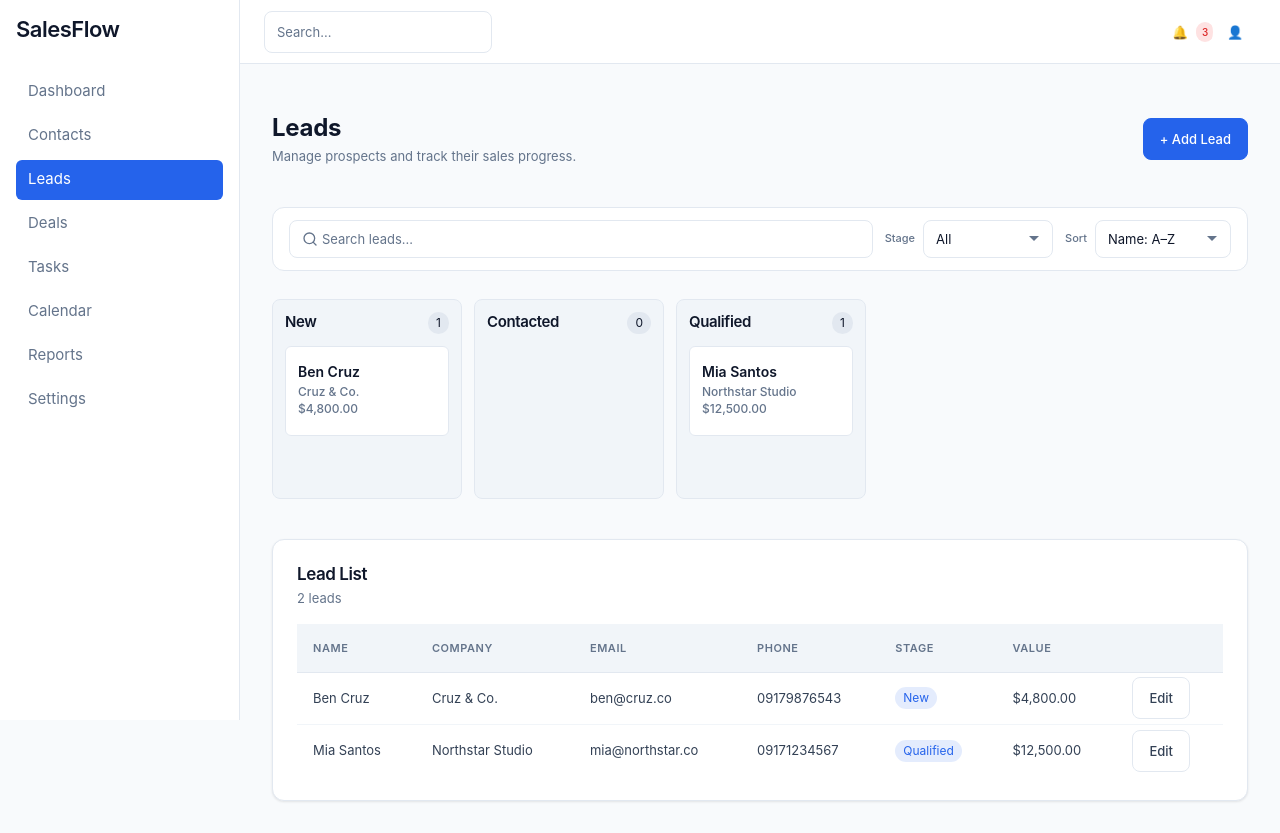
Repository: lawrencegonzaga-dev/salesflow-crm
Page: /leads
These files come from the project's save history. The page is drawn as it stood at one moment and after the next save; the edit follows.
The browser window is 1280 px wide. The pictures show the whole page.
The project was rebuilt for these pictures with package versions that can differ from the ones it lists, and the page was loaded fresh each time. Also part of the build but not shown: vite.config.js, src/components/StatCard.jsx, src/components/DashboardLeads.jsx, src/components/DashboardDeals.jsx, src/components/DashboardTasks.jsx, src/components/RecentActivity.jsx, src/pages/Dashboard.jsx, src/components/ContactForm.jsx and 22 more.

Above is the page before, as saved 2026-08-18 21:52:32.

### index.html
<!doctype html>
<html lang="en">
  <head>
    <meta charset="UTF-8" />
    <link rel="icon" type="image/svg+xml" href="/favicon.svg" />
    <meta name="viewport" content="width=device-width, initial-scale=1.0" />
    <title>salesflow-crm</title>
  </head>
  <body>
    <div id="root"></div>
    <script type="module" src="/src/main.jsx"></script>
  </body>
</html>

### src/main.jsx
/* ========================================================= */
/* FILE: src/main.jsx */
/* ========================================================= */

import { StrictMode } from 'react';
import { createRoot } from 'react-dom/client';

import "./styles/main.css";
import App from './App.jsx';
import { CRMProvider } from "./context/CRMContext.jsx";

createRoot(document.getElementById('root')).render(
    <StrictMode>
        <CRMProvider>
            <App />
        </CRMProvider>
    </StrictMode>,
);

### src/styles/main.css
@import "./reset.css";
@import "./variables.css";
@import "./base.css";
@import "./layout.css";
@import "./utilities.css";

@import "./components/sidebar.css";
@import "./components/header.css";
@import "./components/toolbar.css";
@import "./components/button.css";
@import "./components/form.css";
@import "./components/card.css";
@import "./components/badge.css";
@import "./components/table.css";
@import "./components/modal.css";
@import "./components/kanban.css";
@import "./components/calendar.css";
@import "./components/leads.css";
@import "./components/tab.css";
@import "./components/pagination.css";
@import "./crm.css";

/* main.css */

### src/App.jsx
/* ========================================================= */
/* FILE: src/App.jsx */
/* ========================================================= */

import { BrowserRouter, Routes, Route } from "react-router-dom";

import Dashboard from "./pages/Dashboard";
import Contacts from "./pages/Contacts";
import Leads from "./pages/Leads";
import Deals from "./pages/Deals";
import Tasks from "./pages/Tasks";
import Calendar from "./pages/Calendar";
import Reports from "./pages/Reports";
import Settings from "./pages/Settings";
import AppLayout from "./layouts/AppLayout";

function App() {
    return (
        <BrowserRouter>
            <Routes>
                <Route element={<AppLayout />}>
                    <Route path="/" element={<Dashboard />} />
                    <Route path="/dashboard" element={<Dashboard />} />
                    <Route path="/contacts" element={<Contacts />} />
                    <Route path="/leads" element={<Leads />} />
                    <Route path="/deals" element={<Deals />} />
                    <Route path="/tasks" element={<Tasks />} />
                    <Route path="/calendar" element={<Calendar />} />
                    <Route path="/reports" element={<Reports />} />
                    <Route path="/settings" element={<Settings />} />
                </Route>
            </Routes>
        </BrowserRouter>
    );
}

export default App;

### src/styles/reset.css
*,
*::before,
*::after {
  box-sizing: border-box;
}

html {
  -webkit-text-size-adjust: 100%;
}

body {
  margin: 0;
  background: var(--color-page);
  color: var(--color-text);
  font-family: var(--font-family);
  font-size: 16px;
  line-height: 1.5;

  -webkit-font-smoothing: antialiased;
  text-rendering: optimizeLegibility;
}

#root {
  min-height: 100vh;
}

h1, h2, h3, h4, h5, h6, p {
  margin: 0;
}

img, svg, video {
  display: block;
  max-width: 100%;
}

a {
  color: inherit;
}

### src/styles/utilities.css
.container {
  width: min(100%, var(--content-max-width));
  margin-inline: auto;
}

.visually-hidden {
  position: absolute;
  width: 1px;
  height: 1px;
  padding: 0;
  margin: -1px;
  overflow: hidden;
  clip: rect(0, 0, 0, 0);
  white-space: nowrap;
  border: 0;
}

### src/styles/components/sidebar.css
.app-sidebar {
  width: var(--sidebar-width);
  height: 100vh;

  padding: var(--sidebar-padding);

  display: flex;
  flex-direction: column;

  background: var(--color-surface);
  border-right: 1px solid var(--color-border);
  color: var(--color-text);
}

.app-sidebar h2 {
  margin: 0 0 28px;
  font-size: 22px;
  letter-spacing: -.5px;
}

.sidebar-nav {
  display: flex;
  flex-direction: column;
  gap: 4px;

  overflow-y: auto;
}

.sidebar-nav_item {
  min-height: var(--nav-item-height);

  display: flex;
  align-items: center;

  padding: var(--nav-item-padding);
  gap: var(--nav-item-gap);

  color: var(--color-text-muted);
  text-decoration: none;
  border-radius: var(--radius-sm);

  transition: background var(--transition-fast), color var(--transition-fast);
}

.sidebar-nav_item:hover {
  background: var(--color-surface-muted);
  color: var(--color-text);
}

.sidebar-nav_item.active {
  background: var(--color-action);
  color: white;
}

### src/styles/components/header.css
.app-header {
  height: var(--header-height);

  display: flex;
  align-items: center;
  justify-content: space-between;

  padding: var(--header-padding);

  background: var(--color-surface);
  border-bottom: 1px solid var(--color-border);
  color: var(--color-text);
}

.app-header_left,
.app-header_right {
  display: flex;
  align-items: center;
  gap: var(--header-item-gap);
}

.menu-button {
  display: none;
}

@media (max-width: 768px) {
  .app-header {
    padding: 0 16px;
  }

  .app-header_right {
    display: none;
  }

  .menu-button {
    display: inline-grid;
    width: 40px;
    height: 40px;
    place-items: center;
    padding: 0;
    font-size: 20px;
    border-radius: var(--radius-sm);
  }
}
/* header.css */

### src/styles/components/toolbar.css
/* ========================================================= */
/* FILE: src/styles/components/toolbar.css */
/* ========================================================= */

.toolbar {
  display: flex;
  flex-wrap: wrap;
  align-items: center;
  gap: var(--space-3);
  padding: var(--space-3) var(--space-4);
  background: var(--color-surface);
  border: 1px solid var(--color-border);
  border-radius: var(--radius-lg);
}

.toolbar .search-field {
  flex: 1 1 260px;
  min-width: 160px;
}

.toolbar .search-field input {
  min-height: 38px;
  height: 38px;
  padding-left: var(--space-8);
  background-image: url("data:[embedded picture, 278 characters]");
  background-repeat: no-repeat;
  background-position: var(--space-3) center;
  background-size: 16px;
}

.toolbar .filter-group {
  display: flex;
  align-items: center;
  gap: var(--space-2);
}

.toolbar .filter-group label {
  font-size: var(--text-xs);
  font-weight: var(--font-weight-medium);
  color: var(--color-text-muted);
  white-space: nowrap;
}

.toolbar select {
  min-height: 38px;
  height: 38px;
  min-width: 130px;
}

/* ================================
   TOOLBAR VARIANTS
   ================================ */

.toolbar--compact {
  padding: var(--space-2) var(--space-3);
  gap: var(--space-2);
}

.toolbar--compact select {
  min-height: 34px;
  height: 34px;
  min-width: 110px;
  font-size: var(--text-xs);
}

.toolbar--compact .search-field input {
  min-height: 34px;
  height: 34px;
  font-size: var(--text-xs);
}

/* ================================
   PAGE TOOLBAR
   ================================ */

.page-toolbar {
  display: flex;
  align-items: center;
  justify-content: space-between;
  gap: var(--space-4);
  flex-wrap: wrap;
}

.page-toolbar-left,
.page-toolbar-right {
  display: flex;
  align-items: center;
  gap: var(--space-3);
  flex-wrap: wrap;
}

/* ================================
   RESPONSIVE
   ================================ */

@media (max-width: 768px) {
  .toolbar {
    flex-direction: column;
    align-items: stretch;
  }

  .toolbar .search-field {
    flex: 1 1 auto;
    min-width: auto;
  }

  .toolbar .filter-group {
    flex-wrap: wrap;
  }

  .toolbar select {
    flex: 1 1 auto;
    min-width: auto;
  }

  .page-toolbar {
    flex-direction: column;
    align-items: stretch;
  }

  .page-toolbar-left,
  .page-toolbar-right {
    flex-wrap: wrap;
  }
}

/* toolbar.css */

### src/styles/components/badge.css
/* ========================================================= */
/* FILE: src/styles/components/badge.css */
/* ========================================================= */

.badge {
  display: inline-flex;
  align-items: center;
  gap: var(--space-1);
  min-height: 24px;
  padding: 0 var(--space-2-5);
  font-size: var(--text-xs);
  font-weight: var(--font-weight-medium);
  line-height: 1;
  border-radius: var(--radius-full);
  white-space: nowrap;
  transition: all var(--transition-fast);
}

/* ================================
   BADGE VARIANTS
   ================================ */

.badge--primary {
  color: var(--color-action);
  background: var(--color-action-light);
}

.badge--success {
  color: var(--color-success);
  background: var(--color-success-light);
}

.badge--warning {
  color: var(--color-warning);
  background: var(--color-warning-light);
}

.badge--danger {
  color: var(--color-danger);
  background: var(--color-danger-light);
}

.badge--info {
  color: var(--color-info);
  background: var(--color-info-light);
}

.badge--neutral {
  color: var(--color-text-muted);
  background: var(--color-surface-muted);
}

.badge--dark {
  color: var(--color-text-inverse);
  background: var(--color-text);
}

/* ================================
   BADGE SIZES
   ================================ */

.badge--sm {
  min-height: 20px;
  padding: 0 var(--space-1-5);
  font-size: 10px;
}

.badge--lg {
  min-height: 28px;
  padding: 0 var(--space-3-5);
  font-size: var(--text-sm);
}

/* ================================
   DOT BADGE
   ================================ */

.badge--dot {
  padding-left: var(--space-1-5);
}

.badge--dot::before {
  content: "";
  display: inline-block;
  width: 6px;
  height: 6px;
  border-radius: 50%;
  margin-right: var(--space-1);
}

.badge--primary.badge--dot::before {
  background: var(--color-action);
}

.badge--success.badge--dot::before {
  background: var(--color-success);
}

.badge--warning.badge--dot::before {
  background: var(--color-warning);
}

.badge--danger.badge--dot::before {
  background: var(--color-danger);
}

/* ================================
   BADGE WITH COUNT
   ================================ */

.badge--count {
  min-width: 24px;
  justify-content: center;
  padding: 0 var(--space-1-5);
  border-radius: var(--radius-full);
  font-size: var(--text-xs);
  font-weight: var(--font-weight-bold);
}

/* badge.css */

### src/styles/components/calendar.css
.calendar {
  width: 100%;
  min-width: 700px;
  border: 1px solid var(--color-border);
  border-radius: var(--radius-md);
  overflow: hidden;
}

.calendar_header {
  min-height: 48px;
  display: grid;
  grid-template-columns: repeat(7, 1fr);

  border: 1px solid var(--color-border);
}

.calendar_day-name {
  min-height: 48px;

  display: flex;
  align-items: center;
  justify-content: center;

  padding-inline: 8px;

  font-size: 12px;
  font-weight: 600;
  color: var(--color-text-muted);
}

.calendar_grid {
  display: grid;
  grid-template-columns: repeat(7, 1fr);
}

.calendar_day {
  min-height: 100px;
  padding: 8px;

  border-right: 1px solid var(--color-border);
  border-left: 1px solid var(--color-border);
  border-bottom: 1px solid var(--color-border);

  transition: background var(--transition-fast);
}

.calendar_day:hover {
  background: var(--color-surface-muted);
}

.calendar_date {
  font-size: 14px;
}

.calendar-toolbar {
  display: flex;
  align-items: center;
  justify-content: space-between;
  gap: 16px;
}

.calendar-toolbar__actions {
  display: flex;
  flex-wrap: wrap;
  align-items: center;
  gap: 8px;
}

.calendar-month {
  min-width: 150px;
  text-align: center;
}

.calendar_day--outside {
  background: var(--color-surface-muted);
  color: var(--color-text-muted);
}

.calendar_day--today .calendar_date {
  display: inline-grid;
  width: 24px;
  height: 24px;
  place-items: center;
  color: #fff;
  background: var(--color-action);
  border-radius: 50%;
}

.calendar_day-events {
  display: grid;
  gap: 4px;
  margin-top: 7px;
}

.calendar-event {
  display: flex;
  overflow: hidden;
  align-items: center;
  border-radius: 4px;
  font-size: 11px;
}

.calendar-event__title {
  flex: 1;
  min-width: 0;
  height: auto;
  padding: 3px 5px;
  overflow: hidden;
  text-align: left;
  text-overflow: ellipsis;
  white-space: nowrap;
  border: 0;
  border-radius: 0;
}

.calendar-event__delete {
  min-height: 20px;
  padding: 0 4px;
  border: 0;
  border-radius: 0;
}

.calendar-event__delete:hover {
  color: var(--color-danger);
}

.calendar-event--task {
  background: color-mix(in srgb, var(--color-action) 20%, white);
}

.calendar-event--deal {
  background: color-mix(in srgb, var(--color-success) 20%, white);
}

.calendar-event--event {
  background: color-mix(in srgb, #a855f7 20%, white);
}

@media (max-width: 768px) {
  .calendar-toolbar {
    align-items: flex-start;
    flex-direction: column;
  }

  .calendar {
    overflow-x: auto;
  }
}

### src/styles/components/leads.css
.lead-pipeline {
  display: grid;
  grid-template-columns: repeat(6, minmax(190px, 1fr));
  gap: 12px;
  overflow-x: auto;
  padding: 4px 0 16px;
}

.lead-pipeline__stage {
  min-width: 190px;
  background: var(--color-surface-muted);
  border: 1px solid var(--color-border);
  border-radius: var(--radius-md);
  padding: 12px;
   min-height: 200px;
}

.lead-pipeline__stage header {
  display: flex;
  align-items: center;
  justify-content: space-between;
}

.lead-pipeline__stage h2 {
  font-size: 15px;
  margin: 0;
}

.lead-pipeline__stage header span {
  border-radius: var(--radius-full);
  background: var(--color-border);
  padding: 2px 8px;
  font-size: 12px;
}

.lead-pipeline__items {
  display: grid;
  gap: 8px;
  margin-top: 12px;
}

.lead-pipeline__card {
  display: block;
  width: 100%;
  text-align: left;
  padding: 12px;
  min-height: 90px;
  background: var(--color-surface);
  border: 1px solid var(--color-border);
  border-radius: var(--radius-sm);
  cursor: pointer;
  color: inherit;
  transition: border-color var(--transition-fast);
}

.lead-pipeline__card:hover,
.lead-pipeline__card:focus-visible {
  border-color: var(--color-action);
  outline: none;
}

.lead-pipeline__card h3 {
  margin: 0 0 4px;
  font-size: 14px;
}

.lead-pipeline__card p {
  font-size: 12px;
  margin: 2px 0;
  color: var(--color-text-muted);
}

.lead-table-wrap {
  overflow-x: auto;
}

.lead-table__empty {
  padding: 32px;
  text-align: center;
  color: var(--color-text-muted);
}

.lead-stage {
  display: inline-block;
  border-radius: var(--radius-full);
  background: color-mix(in srgb, var(--color-action) 12%, transparent);
  color: var(--color-action);
  padding: 2px 8px;
  font-size: 12px;
}
/* leads.css */

### src/styles/components/tab.css
.tabs {
    display: flex;
    gap: 24px;
    border-bottom: 1px solid var(--color-border);
    margin-bottom: 24px;
}

.tab {
    position: relative;

    padding: 12px 4px;

    border: 0;
    background: transparent;

    color: var(--color-text-muted);
    font: inherit;
    font-weight: 500;

    cursor: pointer;
}

.tab--active {
    color: var(--color-text);
}

.tab--active::after {
    content: "";

    position: absolute;
    left: 0;
    right: 0;
    bottom: -1px;

    height: 2px;

    background: currentColor;
}

.tab-count {
    margin-left: 8px;
    font-size: 0.875rem;
}

### src/styles/components/pagination.css
.pagination {
    display: flex;
    align-items: center;
    justify-content: space-between;

    padding: 16px 0 0;
    margin-top: 16px;

    border-top: 1px solid var(--color-border);
}

.pagination-pages {
    display: flex;
    gap: 4px;
}

.pagination-page {
    min-width: 36px;
    height: 36px;

    border: 1px solid var(--color-border);
    border-radius: var(--radius-md);

    background: transparent;

    cursor: pointer;
}

.pagination-page--active {
    background: var(--color-primary);
    color: white;
}

.pagination button:disabled {
    opacity: 0.5;
    cursor: not-allowed;
}

### src/layouts/AppLayout.jsx
/* ========================================================= */
/* FILE: src/layouts/AppLayout.jsx */
/* ========================================================= */

import { useState } from "react";
import { Outlet } from "react-router-dom";

import Sidebar from "../components/Sidebar";
import Header from "../components/Header";

function AppLayout() {
    const [isNavigationOpen, setIsNavigationOpen] = useState(false);

    return (
        <div className="app-layout">
            <Sidebar
                isOpen={isNavigationOpen}
                onNavigate={() => setIsNavigationOpen(false)}
            />

            <Header
                isNavigationOpen={isNavigationOpen}
                onMenuToggle={() => setIsNavigationOpen((isOpen) => !isOpen)}
            />

            <main className="app-main">
                <div className="app-main-content">
                    <Outlet />
                </div>
            </main>

            {isNavigationOpen && (
                <button
                    className="navigation-backdrop"
                    type="button"
                    aria-label="Close navigation"
                    onClick={() => setIsNavigationOpen(false)}
                />
            )}
        </div>
    );
}

export default AppLayout;

### src/components/LeadTable.jsx
import LeadRow from "./LeadRow";

function LeadTable({ leads, onDeleteLead, onEditLead }) {
    return <div className="lead-table-wrap"><table className="table"><thead><tr><th>Name</th><th>Company</th><th>Email</th><th>Phone</th><th>Stage</th><th>Value</th><th aria-label="Actions" /></tr></thead><tbody>{leads.length ? leads.map((lead) => <LeadRow key={lead.id} lead={lead} onDeleteLead={onDeleteLead} onEditLead={onEditLead} />) : <tr><td className="lead-table__empty" colSpan="7">No leads match your search or filter.</td></tr>}</tbody></table></div>;
}

export default LeadTable;

### src/components/LeadPipeline.jsx
const stages = ["New", "Contacted", "Qualified"];

function LeadPipeline({ leads, onEditLead }) {
  return (
    <div className="lead-pipeline">
      {stages.map((stage) => {
        const stageLeads = leads.filter((lead) => lead.stage === stage);

        return (
          <section className="lead-pipeline__stage" key={stage}>
            <header>
              <h2>{stage}</h2>
              <span>{stageLeads.length}</span>
            </header>

            <div className="lead-pipeline__items">
              {stageLeads.map((lead) => (
                <button
                  type="button"
                  className="lead-pipeline__card"
                  key={lead.id}
                  onClick={() => onEditLead(lead)}
                  title={`Edit ${lead.name}`}
                >
                  <h3>{lead.name}</h3>
                  <p>{lead.company}</p>
                  <p>
                    {Number(lead.value || 0).toLocaleString(undefined, {
                      style: "currency",
                      currency: "USD",
                    })}
                  </p>
                </button>
              ))}
            </div>
          </section>
        );
      })}
    </div>
  );
}

export default LeadPipeline;

### src/components/Sidebar.jsx
import { NavLink } from "react-router-dom";
import navigation from "../data/navigation";

function Sidebar({ isOpen, onNavigate }) {
    return (
        <aside className={`app-sidebar ${isOpen ? "app-sidebar--open" : ""}`}>
            <h2>SalesFlow</h2>

            <nav className="sidebar-nav">
                {navigation.map((item) => (
                    <NavLink
                        key={item.path}
                        to={item.path}
                        className="sidebar-nav_item"
                        onClick={onNavigate}
                    >
                        {item.label}
                    </NavLink>
                ))}
            </nav>
        </aside>
    );
}

export default Sidebar;

### src/components/Header.jsx
/* ========================================================= */
/* FILE: src/components/Header.jsx */
/* ========================================================= */

import { useState } from "react";

function Header({ isNavigationOpen, onMenuToggle }) {
    const [searchQuery, setSearchQuery] = useState("");

    return (
        <header className="app-header">
            <div className="app-header-left">
                <button
                    className="menu-button"
                    type="button"
                    aria-label="Toggle navigation"
                    aria-expanded={isNavigationOpen}
                    onClick={onMenuToggle}
                >
                    ☰
                </button>

                <div className="header-search">
                    <input
                        type="text"
                        placeholder="Search..."
                        value={searchQuery}
                        onChange={(e) => setSearchQuery(e.target.value)}
                        className="header-search-input"
                    />
                </div>
            </div>

            <div className="app-header-right">
                <button className="button button--ghost button--icon" aria-label="Notifications">
                    🔔
                    <span className="badge badge--danger badge--sm">3</span>
                </button>
                <button className="button button--ghost button--icon" aria-label="Profile">
                    👤
                </button>
            </div>
        </header>
    );
}

export default Header;

### src/components/LeadRow.jsx
function LeadRow({ lead, onDeleteLead, onEditLead }) {
    const value = Number(lead.value || 0).toLocaleString(undefined, {
        style: "currency",
        currency: "USD",
    });

    return (
        <tr>
            <td>{lead.name}</td>
            <td>{lead.company}</td>
            <td>{lead.email}</td>
            <td>{lead.phone || "—"}</td>
            <td>
                <span className="lead-stage">
                    {lead.stage}
                </span>
            </td>
            <td>{value}</td>
            <td>
                <button
                    type="button"
                    onClick={() => onEditLead(lead)}
                >
                    Edit
                </button>

                {/* <button
                    type="button"
                    onClick={() => onDeleteLead(lead.id)}
                >
                    Delete
                </button> */}
            </td>
        </tr>
    );
}

export default LeadRow;

Loaded but not shown: src/data/navigation.js (48 lines, source omitted); src/context/CRMContext.jsx (453 lines, source omitted); src/styles/crm.css (441 lines, source omitted); src/styles/variables.css (230 lines, source omitted); src/pages/Leads.jsx (161 lines, source omitted); src/styles/components/modal.css (221 lines, source omitted); src/styles/components/form.css (194 lines, source omitted); src/styles/layout.css (206 lines, source omitted); src/styles/components/button.css (158 lines, source omitted); src/styles/components/table.css (162 lines, source omitted); src/styles/base.css (167 lines, source omitted); src/styles/components/card.css (154 lines, source omitted); src/styles/components/kanban.css (161 lines, source omitted)

After the next save:
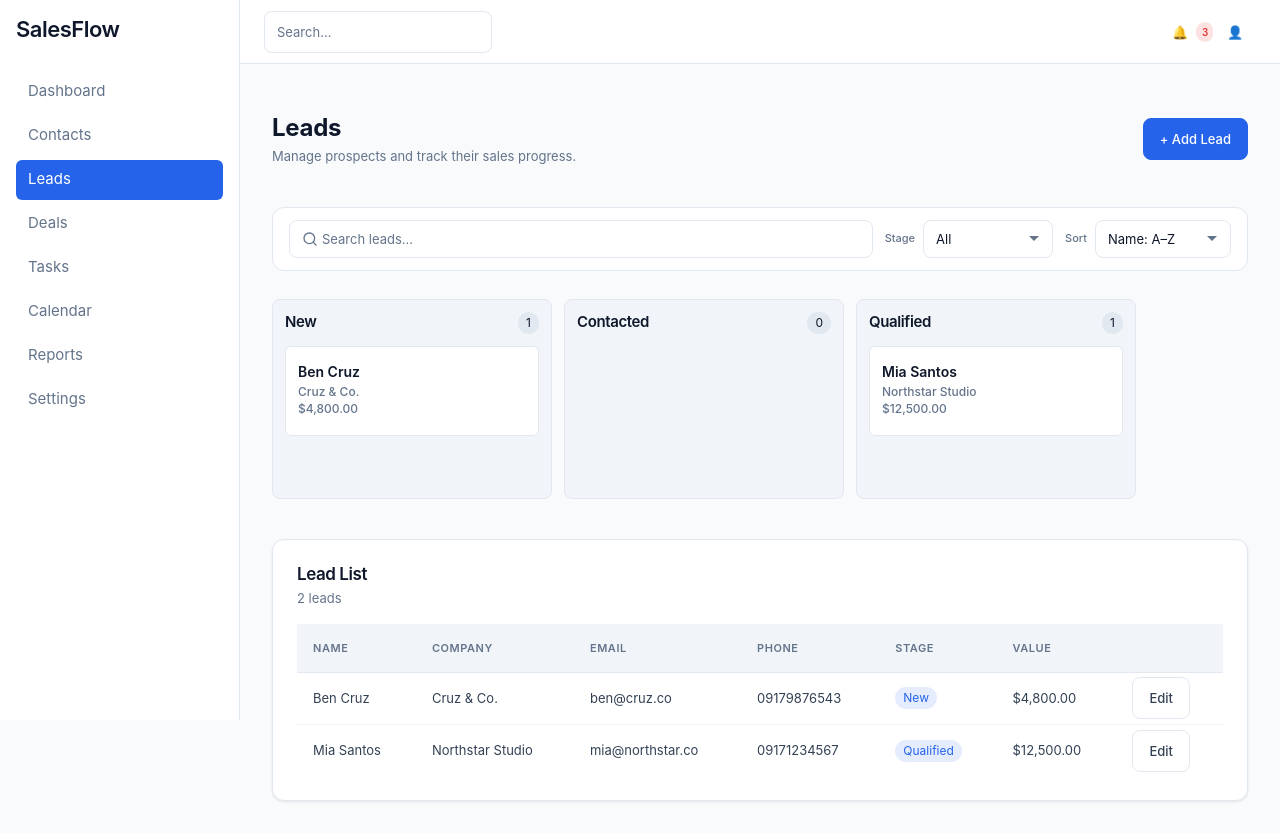
Saved 47 s later.
--- a/src/styles/components/leads.css
+++ b/src/styles/components/leads.css
@@ -1,6 +1,6 @@
 .lead-pipeline {
   display: grid;
-  grid-template-columns: repeat(6, minmax(190px, 1fr));
+  grid-template-columns: repeat(3, 280px);
   gap: 12px;
   overflow-x: auto;
   padding: 4px 0 16px;
